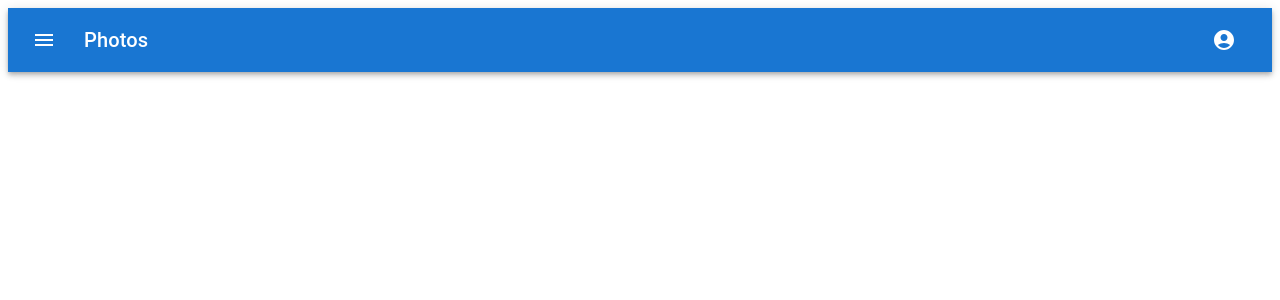
Repository: marianfran/bookworm
Page: /
The author's editor kept a copy of each file at every save. The page is drawn from the files as they stood at one save, then again after the next save.
The browser window is 1280 px wide. The pictures show the whole page.
The project was rebuilt for these pictures with package versions that can differ from the ones it lists, and the page was loaded fresh each time. The framework's server and built-in components were replaced by stand-ins that run in the browser. Also part of the build but not shown: next.config.js, src/styles/globals.css.

Above is the page before, as saved 2023-03-13 19:36:55.

After the next save:
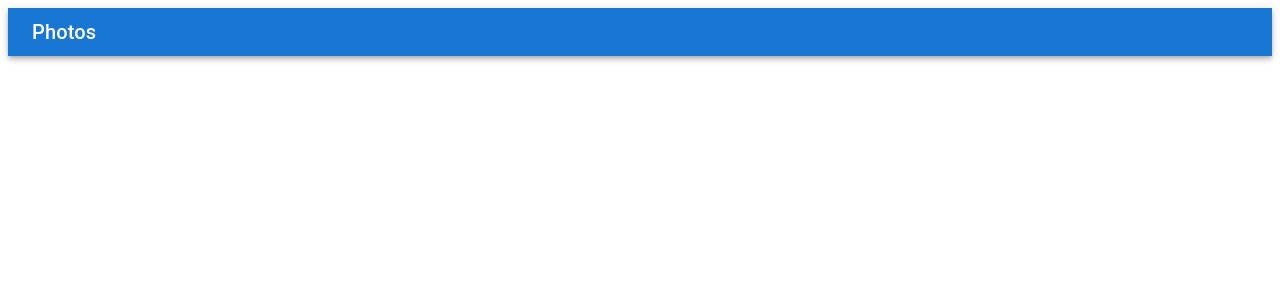
Saved 5 min 37 s later.
--- a/components/navbar.js
+++ b/components/navbar.js
@@ -3,75 +3,16 @@
 import Box from '@mui/material/Box';
 import Toolbar from '@mui/material/Toolbar';
 import Typography from '@mui/material/Typography';
-import IconButton from '@mui/material/IconButton';
-import MenuIcon from '@mui/icons-material/Menu';
-import AccountCircle from '@mui/icons-material/AccountCircle';
-import Switch from '@mui/material/Switch';
-import FormControlLabel from '@mui/material/FormControlLabel';
-import FormGroup from '@mui/material/FormGroup';
-import MenuItem from '@mui/material/MenuItem';
-import Menu from '@mui/material/Menu';
+
 
 export default function MenuAppBar() {
-  const [auth, setAuth] = React.useState(true);
-  const [anchorEl, setAnchorEl] = React.useState(null);
-
-  const handleMenu = (event) => {
-    setAnchorEl(event.currentTarget);
-  };
-
-  const handleClose = () => {
-    setAnchorEl(null);
-  };
-
   return (
     <Box sx={{ flexGrow: 1 }}>
       <AppBar position="static">
-        <Toolbar>
-          <IconButton
-            size="large"
-            edge="start"
-            color="inherit"
-            aria-label="menu"
-            sx={{ mr: 2 }}
-          >
-            <MenuIcon />
-          </IconButton>
-          <Typography variant="h6" component="div" sx={{ flexGrow: 1 }}>
+        <Toolbar variant="dense">
+          <Typography variant="h6" color="inherit" component="div">
             Photos
           </Typography>
-
-            <div>
-              <IconButton
-                size="large"
-                aria-label="account of current user"
-                aria-controls="menu-appbar"
-                aria-haspopup="true"
-                onClick={handleMenu}
-                color="inherit"
-              >
-                <AccountCircle />
-              </IconButton>
-              <Menu
-                id="menu-appbar"
-                anchorEl={anchorEl}
-                anchorOrigin={{
-                  vertical: 'top',
-                  horizontal: 'right',
-                }}
-                keepMounted
-                transformOrigin={{
-                  vertical: 'top',
-                  horizontal: 'right',
-                }}
-                open={Boolean(anchorEl)}
-                onClose={handleClose}
-              >
-                <MenuItem onClick={handleClose}>Profile</MenuItem>
-                <MenuItem onClick={handleClose}>My account</MenuItem>
-              </Menu>
-            </div>
-
         </Toolbar>
       </AppBar>
     </Box>
